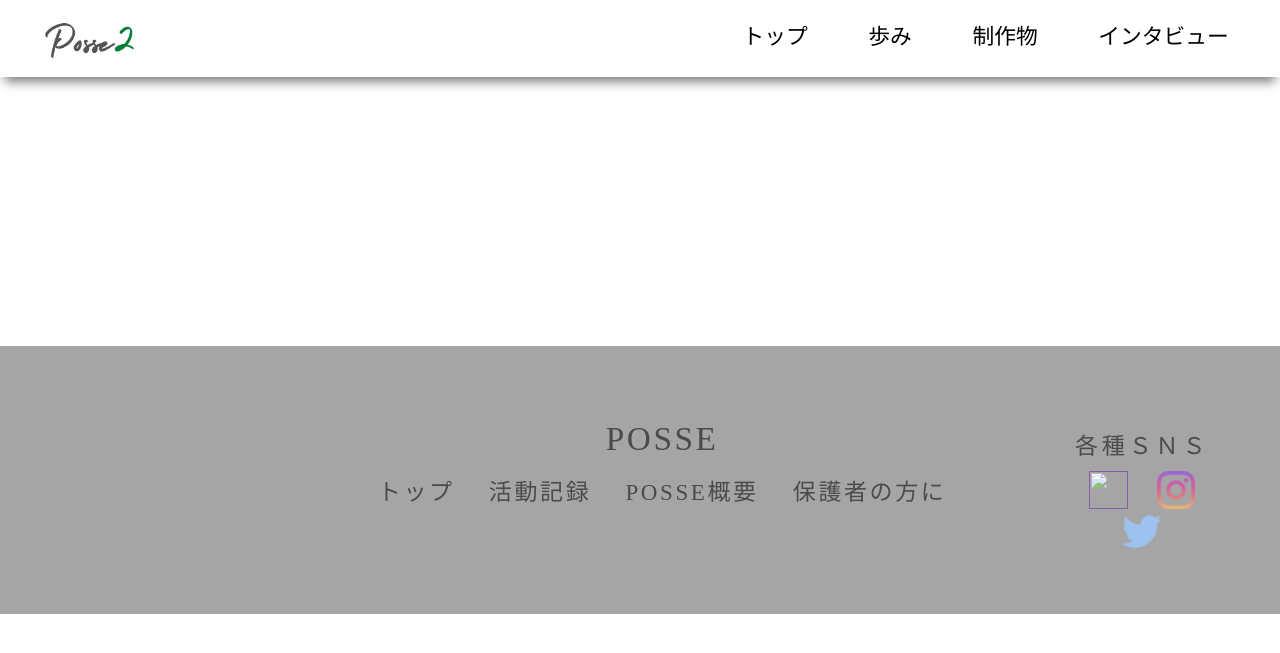
Repository: posse-ap/posse2-hackathon-202202-team2A
Page: topPage/index.html
The author's editor kept a copy of each file at every save. The page is drawn from the files as they stood at one save, then again after a run of saves.
The browser window is 1280 px wide. The pictures show the whole page.

Above is the page before, as saved 2022-02-15 02:35:55.

### topPage/index.html
<!DOCTYPE html>
<html lang="en">

<head>
    <meta charset="UTF-8" />
    <meta http-equiv="X-UA-Compatible" content="IE=edge" />
    <meta name="viewport" content="width=device-width, initial-scale=1.0" />
    <title>Document</title>
    <link rel="stylesheet" href="/reset.css" />
    <link rel="stylesheet" href="/topPage/style.css" />
</head>

<body>
    <!-- <header id="header" class="header">
        <div class="header_content">
            <div class="header_title">
                <img src="/topPage images/S__31211608.jpg" alt="" class="header_title_img">
            </div>
            <div class="header_links">
                <ul>
                    <li><a href="">トップページ</a></li>
                    <li><a href="">活動記録</a></li>
                    <li><a href="">日常の記録</a></li>
                    <li><a href="">保護者の方へ</a></li>
                </ul>
            </div>
        </div>
    </header> -->

    <header id="header" class="header">
        <div class="header_content">
            <div class="header_title">
                <img src="/topPage images/S__31211608.jpg" alt="" class="header_title_img">
            </div>
            <!-- ①サイトタイトル -->
            <div class="nav-wrapper header_links">
                <!-- ②ナビゲーションメニュー -->
                <nav class="header-nav">
                    <ul class="nav-list">
                        <li class="nav-item">
                            <a href="">トップ</a>
                        </li>
                        <li class="nav-item">
                            <a href="">歩み</a>
                        </li>
                        <li class="nav-item">
                            <a href="">制作物</a>
                        </li>
                        <li class="nav-item">
                            <a href="">インタビュー</a>
                        </li>
                    </ul>
                </nav>
            </div>
            <button class="burger-btn">
                <!-- ③ハンバーガーボタン -->
                <span class="bar bar_top"></span>
                <span class="bar bar_mid"></span>
                <span class="bar bar_bottom"></span>
            </button>
        </div>
    </header>



    <footer class="footer">
        <div class='footer_box'>
            <div class="footer_box1">
                <div class='footer_official_box'>
                    <label for="logo"><p>POSSE</p></label>
                    <!-- <a id='logo'  href="https://posse.anti-pattern.co.jp/"><img class='posse_logo_footer' src="img\posseLogo.png" alt="ポッセロゴ"></a> -->
                </div>
                <div class='footer_other_box'>
                    <div class='footer_page_in_site'>
                        <a href="">トップ</a>
                        <a href="">活動記録</a>
                        <a href="">POSSE概要</a>
                        <a href="">保護者の方に</a>
                    </div>
                </div>
            </div>
            <div class='SNS'>
                <p>各種ＳＮＳ</p>
                <div class='SNS_box'>
                    <a href=""><img src="" alt=""></a>
                    <a href="https://instagram.com/posse_programming?utm_medium=copy_link"><img src="/topPage images/instagram2.png" alt="instagram"></a>
                    <a href="https://twitter.com/posse_program?s=20"><img src="/topPage images/twitter2.png" alt="twitter"></a>
                </div>
            </div>
        </div>
    </footer>

    <script src="https://ajax.googleapis.com/ajax/libs/jquery/3.6.0/jquery.min.js"></script>
    <script src="/topPage/script.js"></script>
</body>

</html>

### topPage/style.css
html {
    font-size: 1vw;
}

body {
    text-align: center;
    margin: 0 auto;
    font-family: "ヒラギノ丸ゴ Pro W4", "ヒラギノ丸ゴ Pro", "Hiragino Maru Gothic Pro", "ヒラギノ角ゴ Pro W3", "Hiragino Kaku Gothic Pro", "HG丸ｺﾞｼｯｸM-PRO", "HGMaruGothicMPRO";
}

.header_content {
    width: 95%;
    height: 90%;
    display: flex;
    justify-content: space-between;
    opacity: 1;
    margin: 0 6rem 0.3rem 1rem;
}

.header_title {
    display: flex;
}

.header_title_img {
    display: block;
    width: 12rem;
    height: 4rem;
    opacity: 1;
}



.header_links {
    width: 40%;
    padding: 1rem 0 0 0;
}

.header_links ul {
    display: flex;
    justify-content: space-between;
}

.header_links li a {
    display: block;
    color: black;
    text-decoration: none;
    font-size: 1.7rem;
}

.header_links li a:hover {
    opacity: 0.4;
    transform: translate(0, -5px);
}


.header {
    width: 100%;
    height: 6rem;
    background: white;
    position: fixed;
    top: 0;
    left: 0;
    padding-top: 1.1rem;
    box-sizing: border-box;
    z-index: 5;
    box-shadow: 0px 10px 10px -5px rgba(0, 0, 0, 0.5);
}



/* -------------------- */
/* header
  /* -------------------- */
/* .header {
    align-items: center;
    background-color: #1b1310;
    border-bottom: 1px solid #fff;
    color: #fff;
    display: flex;
    height: 74px;
    justify-content: space-between;
    padding: 0 120px;
} */

/* .nav-list {

    display: flex;
} */

/* .nav-item {

    margin-right: 55px;
} */

.burger-btn {
    display: none;
}

/* ------------------ */
/* fv
  /* ------------------ */
.fv {
    align-items: center;
    background-color: #141414;
    background-image: url(../img/fv-bgi@2x.jpg);
    background-position: center;
    background-size: cover;
    display: flex;
    flex-direction: column;
    height: 90vh;
    justify-content: center;
}

/* .main-copy {
    border: 2px solid #fff;
    color: #fff;
    font-size: 50px;
    font-weight: bold;
    padding: 34px 42px;
} */

/* ------------------ */
/* about
  /* ------------------ */
.section-title {
    font-size: 36px;
    font-weight: bold;
    letter-spacing: .05em;
    margin-bottom: 70px;
    text-align: center;
}

h3 {
    font-size: 2.4rem;
    font-weight: bold;
    letter-spacing: .1em;
    line-height: 2;
    margin-bottom: 40px;
}

.section-wrapper {
    padding: 100px 10% 50px;
}

@media screen and (min-width:541px) and (max-width:1024px) {
    .header{
        height: 10rem;
    }

    .header_content{
        padding-top: 2rem;
    }

    .header_title_img{
        width: 100%;
        height: 70%;
    }

    .header_links li a{
        font-size: 2.7rem;
        margin-top: 0;
    }

    .header_links{
        width: 50%;
    }
}

@media screen and (max-width:540px) {

    /* ----------------------- */
    /* base_sp
    /* ----------------------- */
    /* デフォルトのbuttonスタイルをリセット */
    button {
        -webkit-appearance: none;
        -moz-appearance: none;
        appearance: none;
        background: transparent;
        border: 0;
        border-radius: 0;
        color: inherit;
        cursor: pointer;
        font: inherit;
        margin: 0;
        outline: none;
        padding: 0;
        vertical-align: middle;
    }

    /* ------------------ */
    /* humberger-menu */
    /* ------------------ */
    .header {
        padding: 0;
        height: 15rem;
    }

    .header_title_img{
        margin-top: 2rem;
        width: 30rem;
        height: 10rem;
    }

    /* 以下、ハンバーガーボタン */
    .burger-btn {
        display: block;
        height: 22%;
        position: relative;
        width: 20%;
        z-index: 3;
        /* codepenの挙動のため */
        background-color: transparent;
        border: none;
        margin-top: 6rem;
    }



    .bar {
        background-color: black;
        display: block;
        height: 0.1rem;
        left: 50%;
        position: absolute;
        transform: translateX(-50%);
        width: 7rem;
    }

    .bar_top {
        top: 3rem;
    }

    .bar_mid {
        top: 50%;
        transform: translate(-50%, -50%);
    }

    .bar_bottom {
        bottom: 3rem;
    }

    .burger-btn.close{
        margin-top: 8.4rem;
    }

    .burger-btn.close .bar_top {
        transform: translate(-50%,-4.3rem) rotate(45deg);
        transition: transform .3s;
    }

    .burger-btn.close .bar_mid {
        opacity: 0;
        transition: opacity .3s;
    }

    .burger-btn.close .bar_bottom {
        transform: translate(-50%, -1rem) rotate(-45deg);
        transition: transform .3s;
    }

    /* スクロール制御 */
    .noscroll {
        overflow: hidden;
    }

    /* 以下、ハンバーガーメニュー */
    .nav-wrapper {
        visibility: hidden;
        height: 100vh;
        left: 0;
        position: fixed;
        top: 0;
        width: 100vw;
        opacity: 0;
        transition: opacity .5s;
        z-index: 2;
        /*キービジュアルと.btn_triggerとの重なりの前後関係を調整*/
    }

    .header-nav {
        background-color: white;
        height: 100%;
        width: 100%;
        z-index: 2;
    }

    .header_links ul{
        display: block;
    }

    .nav-list {
        display: block;
        left: 50%;
        position: absolute;
        text-align: center;
        top: 50%;
        transform: translate(-50%, -50%);
    }

    .nav-item {
        margin-bottom: 40px;
        margin-right: 0;
    }

    .header_links li a{
        font-size: 5rem;
    }

    /* メニューオープン時 */
    .nav-wrapper.fade {
        opacity: 1;
        visibility: visible;
    }

    /* ------------------ */
    /* fv */
    /* ------------------ */
    .main-copy {
        font-size: 30px;
    }

    /* ------------------ */
    /* about */
    /* ------------------ */
    h3 {
        font-size: 20px;
        margin-bottom: 30px;
    }

    .section-wrapper {
        padding: 100px 5% 50px;
    }
}

/* ふったー */
.footer {
    background-color: grey;
    opacity: 0.7;
}

.footer_box {
    width: 75%;
    height: 15rem;
    display: flex;
    justify-content: space-around;
    padding: 6rem 0 0 0;
    position: relative;
    right: -23%;
    margin-top: 27rem;
}

.footer_official_box label p {
    color: black;
    font-size: 2.6rem;
    letter-spacing: 0.2rem;
}

.footer_official_box label p:hover {
    opacity: 0.4;
    transform: translate(0, -5px);
}

.footer_page_in_site a {
    color: black;
    text-decoration: none;
    font-size: 1.8rem;
    letter-spacing: 0.2rem;
}

.footer_page_in_site a:hover {
    opacity: 0.4;
    transform: translate(0, -5px);
}

.SNS {
    width: 14%;
}

.SNS_box a {
    margin: 1rem;
}

.SNS_box a img {
    width: 3rem;
    height: 3rem;
}

.SNS_box a :hover {
    opacity: 0.4;
    transform: translate(0, -5px);
}

.SNS p {
    color: black;
    font-size: 1.8rem;
    margin: 1rem 0;
    letter-spacing: 0.3rem;
}

/* .SNS p:hover {
    opacity: 0.4;
    transform: translate(0, -5px);
} */

.posse_logo_footer {
    width: 80%;
    height: 40%;
}

.footer_other_box {
    font-size: 1.5rem;
    letter-spacing: 0.3rem;
    margin: 2rem;
}

.footer_page_in_site a {
    margin: 0 1rem;
}

@media screen and (min-width:541px) and (max-width:1024px) {
    .footer{
        height: 30rem;
    }

    .footer_official_box label p{
        font-size: 7rem;
    }

    .SNS p{
        display: block;
        margin: 3rem auto;
        font-size: 3rem;
        white-space: nowrap
    }

    .footer_page_in_site a{
        font-size: 3rem;
    }

    .footer_box{
        display: block;
        right: -13%;
    }

    .SNS{
        margin: 0 auto;
        width: 100%;
    }


    .footer_official_box label p{
        font-size: 4rem;
    }

    .SNS_box a img {
        width: 5rem;
        height: 5rem;
    }
}


@media screen and (max-width:540px) {
    .footer_box {
        display: block;
        height: 20rem;
        margin:  20rem 0;
        right: -5%;
        width: 90%;
    }

    .footer_official_box label p{
        font-size: 10rem;
    }

    .footer_page_in_site a{
        font-size: 5rem;
        display: block;
    }

    .footer_page_in_site{
        display: block;
        line-height: 7rem;
    }

    .footer{
        height: 70rem;
    }

    .SNS{
        margin: 0 auto;
        width: 100%;
    }

    .SNS p{
        display: block;
        width: 50rem;
        margin: 3rem auto;
        font-size: 7rem;
        white-space: nowrap
    }

    .SNS_box a img {
        width: 7rem;
        height: 7rem;
    }
}

### topPage/script.js
$('.burger-btn').on('click', function () {//.btn_triggerをクリックすると
    $('.burger-btn').toggleClass('close');//.btn_triggerにcloseクラスを付与(ボタンのアニメーション)
    $('.nav-wrapper').toggleClass('fade');//.nav-wrapperに
    $('body').toggleClass('noscroll');//bodyにnoscrollクラスを付与(スクロールを固定)
});

Loaded but not shown: reset.css (common file)

After the next 3 saves:
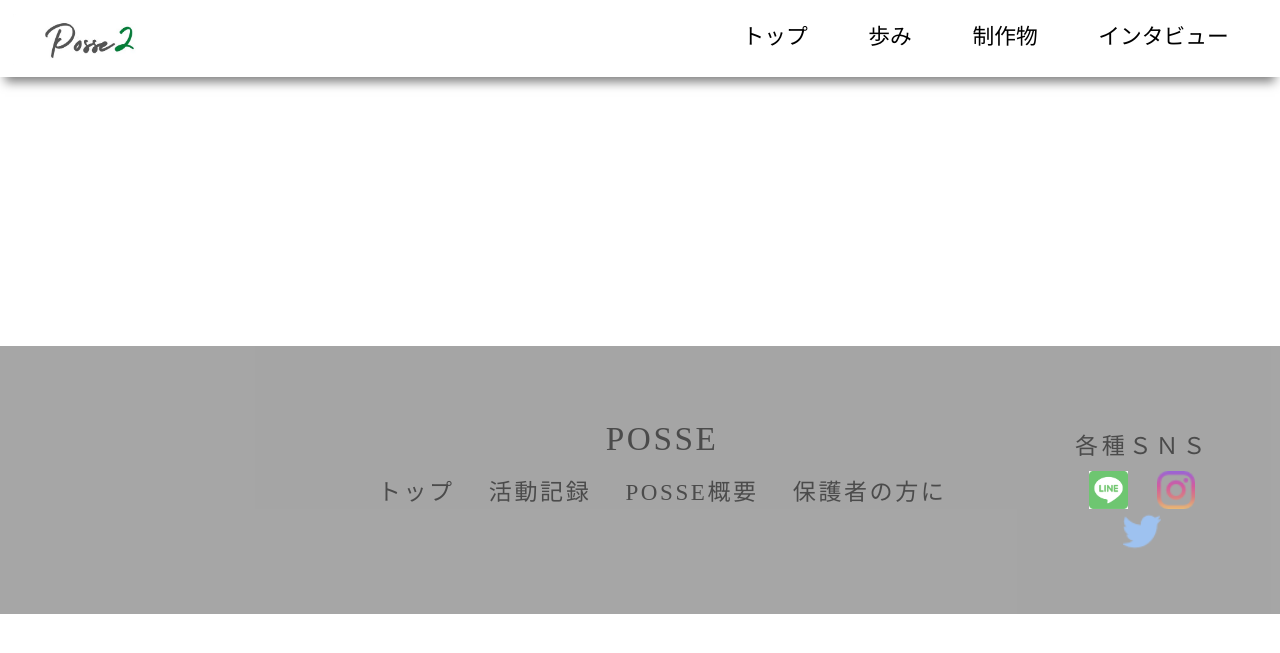
The 3 saves are shown as one change because they came seconds apart.
The last was saved 8 s later.
--- a/topPage/index.html
+++ b/topPage/index.html
@@ -82,7 +82,7 @@
             <div class='SNS'>
                 <p>各種ＳＮＳ</p>
                 <div class='SNS_box'>
-                    <a href=""><img src="" alt=""></a>
+                    <a href=""><img src="/topPage images/LINE.png" alt=""></a>
                     <a href="https://instagram.com/posse_programming?utm_medium=copy_link"><img src="/topPage images/instagram2.png" alt="instagram"></a>
                     <a href="https://twitter.com/posse_program?s=20"><img src="/topPage images/twitter2.png" alt="twitter"></a>
                 </div>
